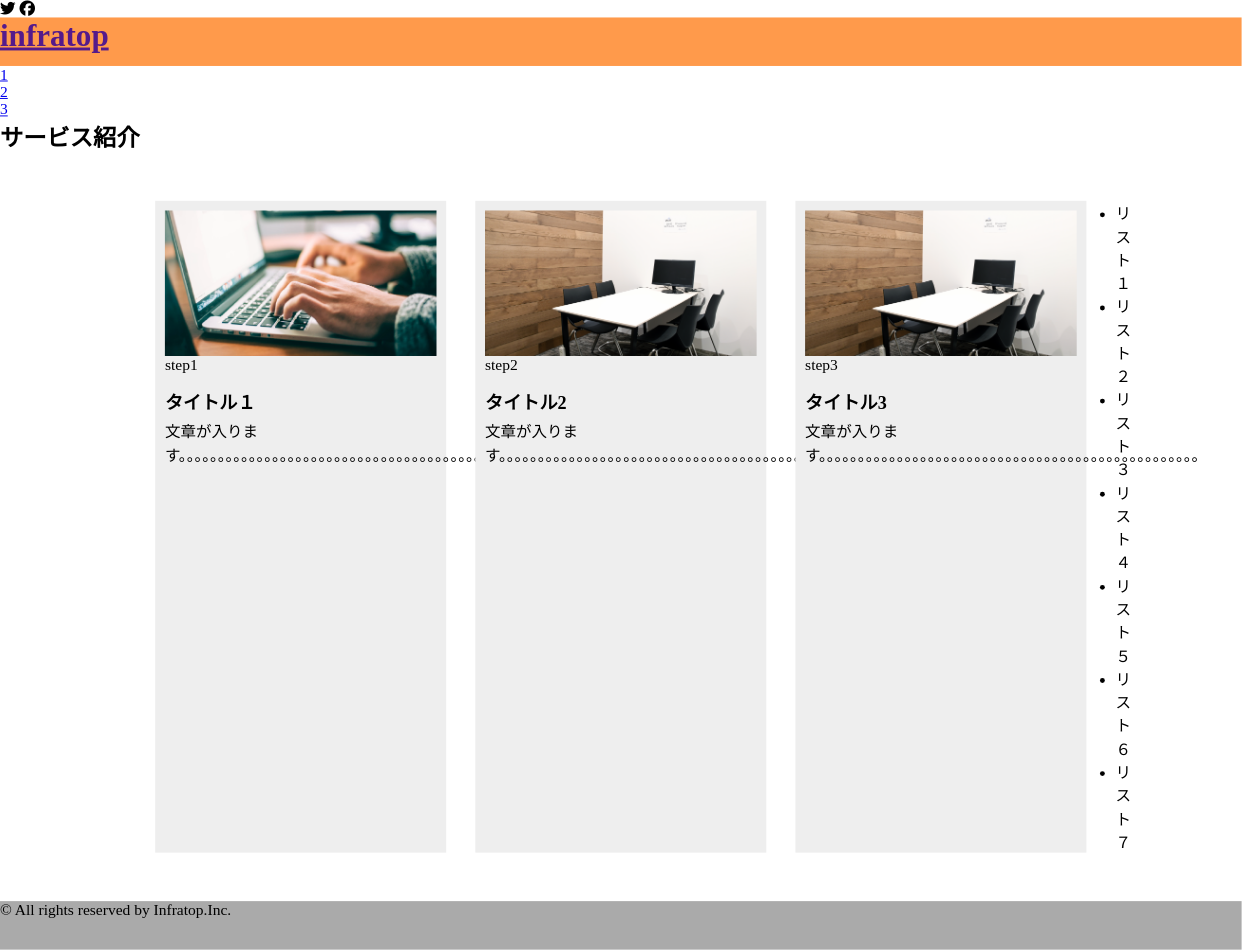
Repository: yymmyymm/review-sub1
Page: caravan2/index2.html
The author's editor kept a record of every edit. The page is drawn from the files as they stood at one moment, then again after the next edit.
The browser window is 1280 px wide. The pictures show the whole page, at 97% of full size.
Some web libraries are served in a nearby version.

Above is the page before.

After the next edit:
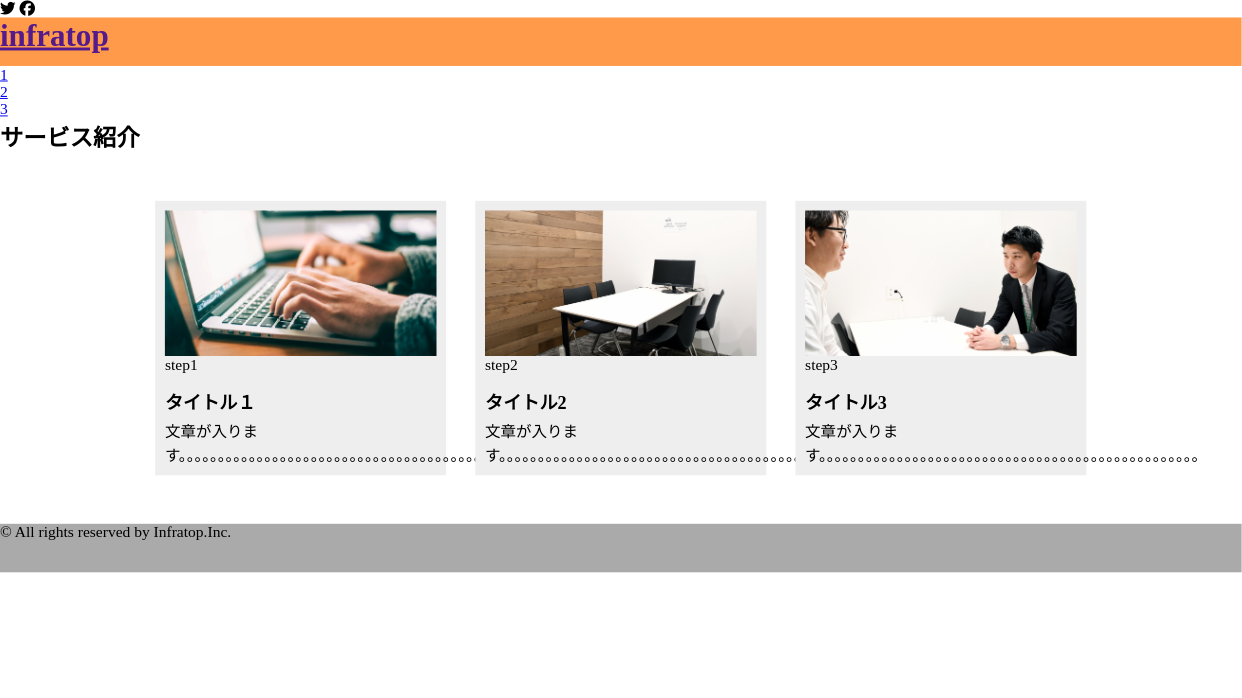
The edit:
--- a/caravan2/index2.html
+++ b/caravan2/index2.html
@@ -70,36 +70,13 @@
     </div>
 
      <div class="step-box">
-      <div class="step-img2"></div>
+      <div class="step-img3"></div>
       <span clss="step-num">step3</span>
       <h3 class="title">タイトル3</h3>
       <p class="text">
         文章が入ります。。。。。。。。。。。。。。。。。。。。。。。。。。。。。。。。。。。。。。。。。。。。。。。。。
       </p>
     </div>
-
-  <ul class="item-list">
-    <li class="item">リスト１</li>
-    <li class="item">リスト２</li>
-    <li class="item">リスト３</li>
-    <li class="item">リスト４</li>
-    <li class="item">リスト５</li>
-    <li class="item">リスト６</li>
-    <li class="item">リスト７</li>
-  </ul>
-  <div class="box-list">
-    <div class="box"></div>
-     <div class="box"></div>
-    <div class="box"></div>
-    <div class="box"></div>
-    <div class="box"></div>
-    <div class="box"></div>
-    <div class="box"></div>
-    <div class="box"></div>
-    <div class="box"></div>
-
-
-  </div>
   </main>
 
 
